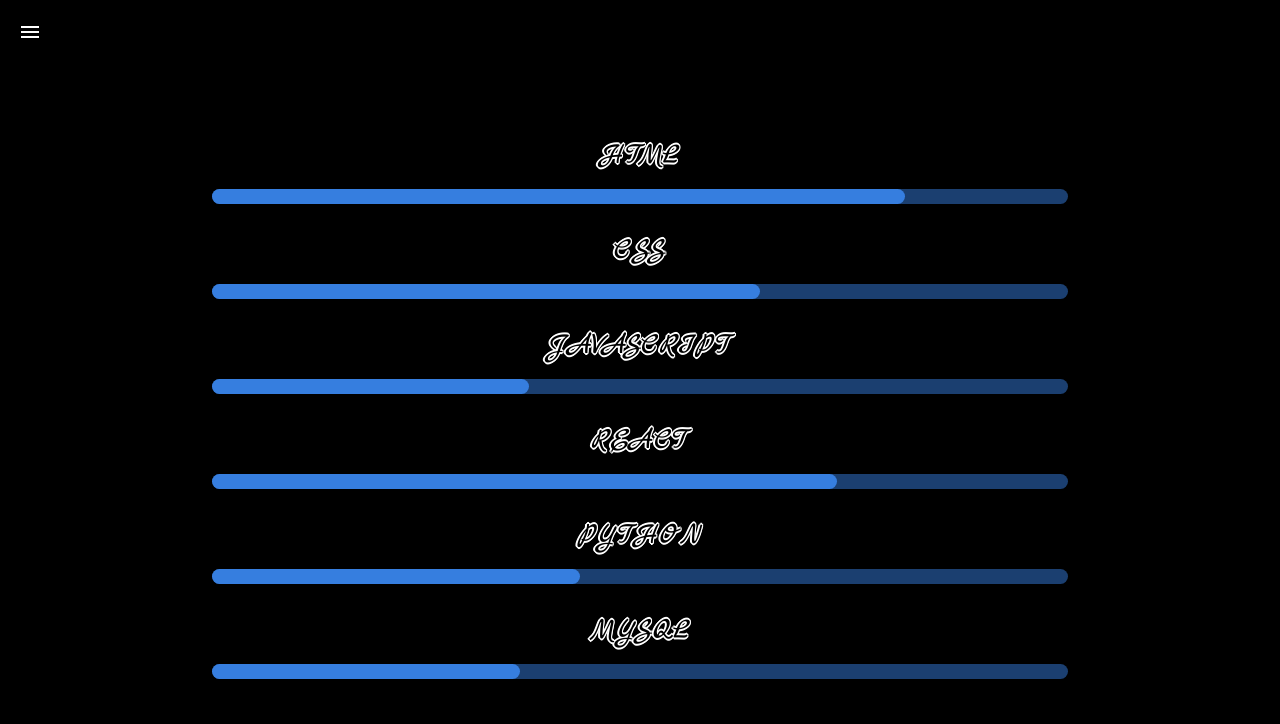
Repository: Ajtheult/portfolio.v3
Page: /skills
These files come from the project's save history. The page is drawn as it stood at one moment and after the next save; the edit follows.
The browser window is 1280 px wide. The pictures show the whole page.
Some web fonts or font styles are not loaded; a fallback is used. The project was rebuilt for these pictures with package versions that can differ from the ones it lists, and the page was loaded fresh each time. Also part of the build but not shown: src/components/layout/pages/Home.js, src/components/layout/pages/MyWork.js, src/components/layout/pages/Testimonials.js.

Above is the page before, as saved 2020-07-19 17:45:25.

After the next save:
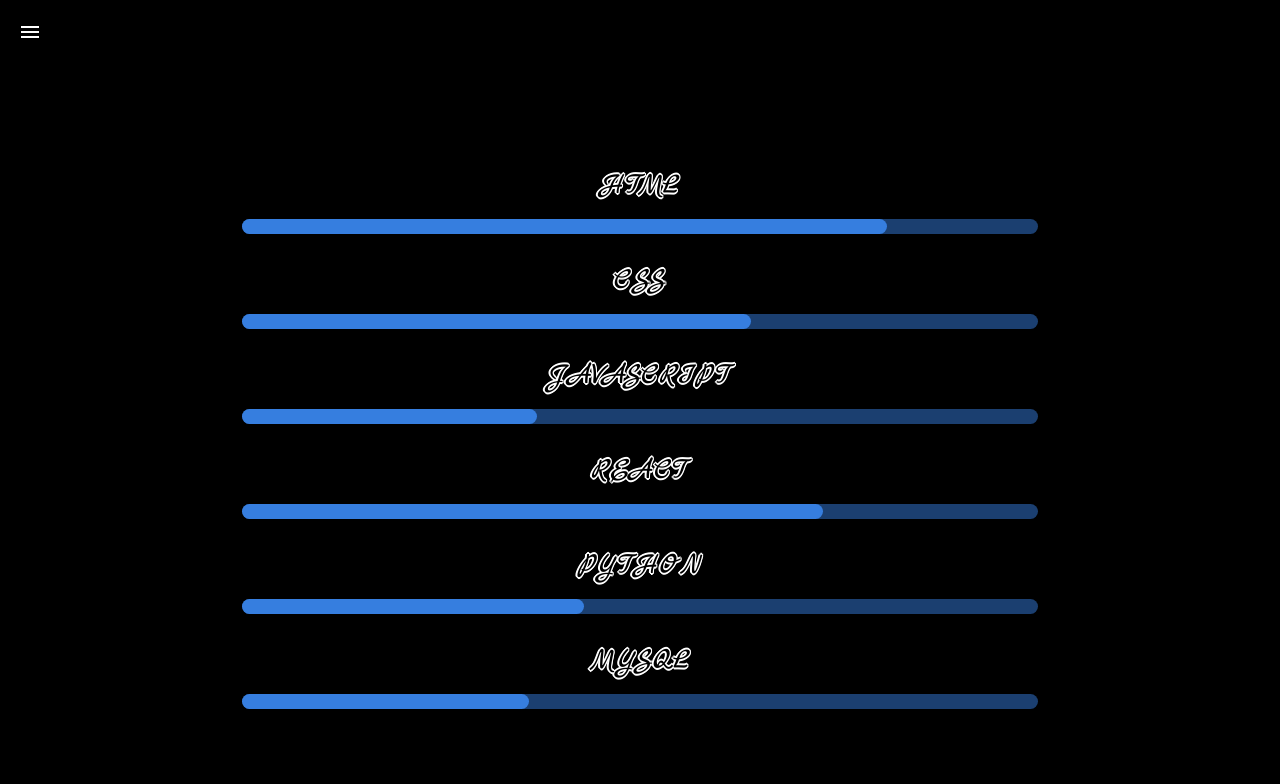
Saved 5 s later.
--- a/src/App.css
+++ b/src/App.css
@@ -215,7 +215,7 @@ div.admin-bg {
 
 .containing_skills {
   width: 600px;
-  padding: 20px;
+  padding: 50px;
 }
 
 .skills_li {
